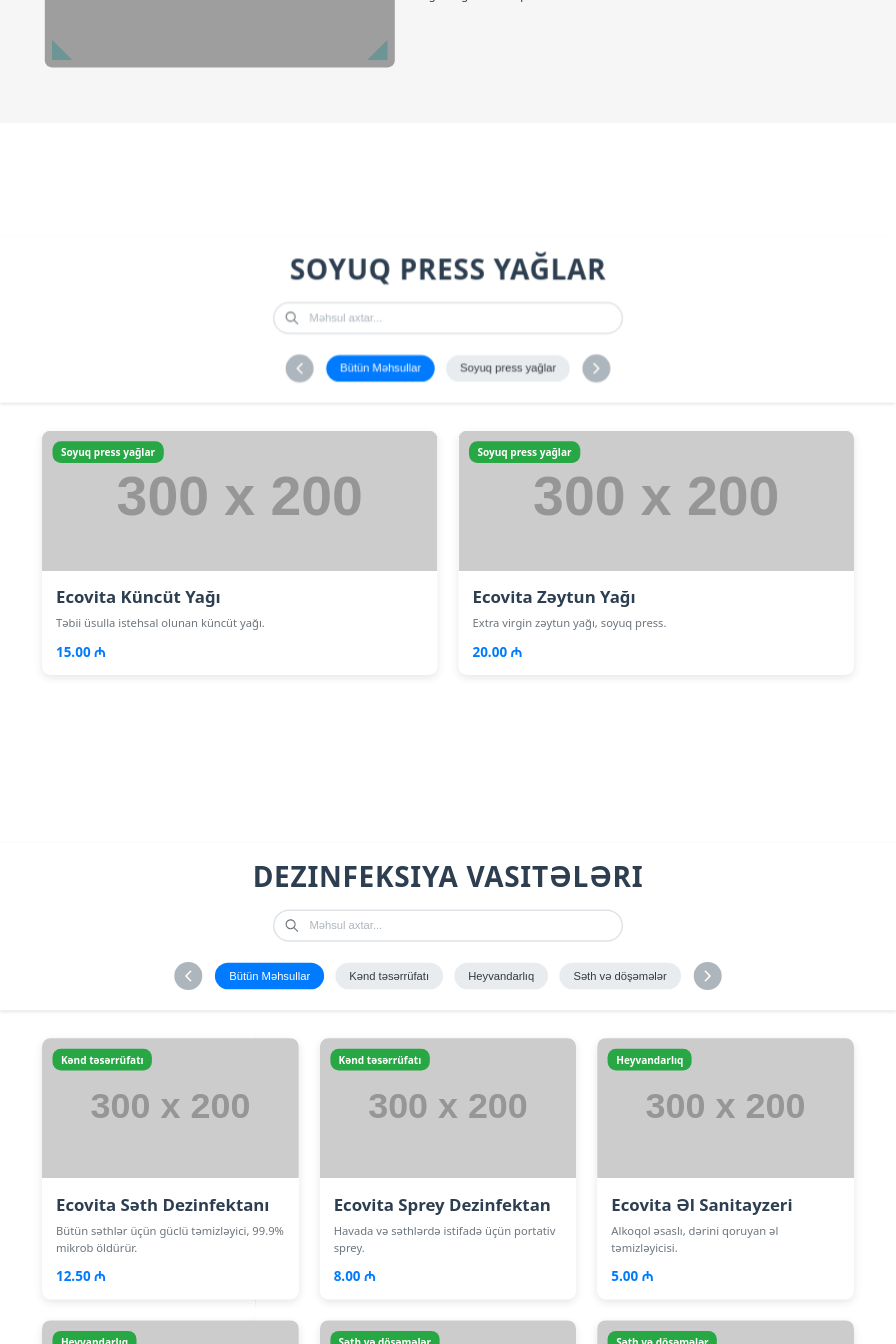
Repository: ferhadsultan98/ecovita
Page: /
These files come from the project's save history. The page is drawn as it stood at one moment and after a run of saves; the edit follows.
The browser window is 1280 px wide. The pictures show the part of the page from y = 1375 to 3295 px (the page is 4209 px tall), at 70% of full size.
Pictures or frames that could not be fetched are drawn as grey boxes. The project was rebuilt for these pictures with package versions that can differ from the ones it lists, and the page was loaded fresh each time. Also part of the build but not shown: vite.config.js.

Above is the page before, as saved 2025-05-06 11:50:48.

### index.html
<!doctype html>
<html lang="en">
  <head>
    <meta charset="UTF-8" />
    <meta name="viewport" content="width=device-width, initial-scale=1.0" />
    <link rel="shortcut icon" href="./public/assets/Fotolar/Ecovita-12.png" type="image/x-icon">
    <title>Ecovita - Təbiətdən gələn sağlamlıq</title>
  </head>
  <body>
    <div id="root"></div>
    <script type="module" src="/src/main.jsx"></script>
  </body>
</html>

### src/App.jsx
import React from "react";
import "./App.scss";
import MainLayout from "./Components/Common/MainLayout";
import Home from "./Pages/Home/Home";
import MenuSection from "./Pages/MenuSection/MenuSection";

function App() {
  return (
    <div className="app-container">
      <MainLayout>
        <Home />
        <MenuSection />
      </MainLayout>
    </div>
  );
}

export default App;

### src/App.scss
* {
  margin: 0;
  padding: 0;
  box-sizing: border-box;
}

body {
  font-family: system-ui, -apple-system, BlinkMacSystemFont, "Segoe UI", Roboto,
    Oxygen, Ubuntu, Cantarell, "Open Sans", "Helvetica Neue", sans-serif;
}

### src/Components/Common/MainLayout.jsx
import React from 'react';
import Header from './Header/Header';
import Footer from './Footer/Footer';

const MainLayout = ({ children }) => {
  return (
    <>
      <Header />
      {children}
      <Footer />
    </>
  );
};

export default MainLayout;

### src/Components/Common/Header/Header.jsx
import { useState, useEffect, useRef } from "react";
import "./Header.scss";
import { motion, AnimatePresence } from "framer-motion";
import { FaSyringe, FaChevronDown } from "react-icons/fa";
import EcovitaLogo from '../../../../public/assets/Fotolar/logo.png';

const Header = () => {
  const [scrolled, setScrolled] = useState(false);
  const [isDropdownOpen, setIsDropdownOpen] = useState(false);
  const dropdownRef = useRef(null);

  useEffect(() => {
    const handleScroll = () => {
      setScrolled(window.scrollY > 20);
    };

    window.addEventListener("scroll", handleScroll);
    return () => window.removeEventListener("scroll", handleScroll);
  }, []);

  useEffect(() => {
    const handleClickOutside = (event) => {
      if (dropdownRef.current && !dropdownRef.current.contains(event.target)) {
        setIsDropdownOpen(false);
      }
    };

    document.addEventListener("mousedown", handleClickOutside);
    return () => document.removeEventListener("mousedown", handleClickOutside);
  }, []);

  const scrollToTop = () => {
    window.scrollTo({ top: 0, behavior: "smooth" });
  };

  const scrollToSection = (sectionId) => {
    const section = document.getElementById(sectionId);
    if (section) {
      section.scrollIntoView({ behavior: "smooth", block: "start" });
      setIsDropdownOpen(false);
    }
  };

  const dropdownVariants = {
    hidden: { opacity: 0, y: -10, scale: 0.95 },
    visible: { opacity: 1, y: 0, scale: 1 },
    exit: { opacity: 0, y: -10, scale: 0.95 }
  };

  return (
    <header className={`header ${scrolled ? "scrolled" : ""}`}>
      <div className="header-container">
        <a onClick={scrollToTop} className="logo">
          <img src={EcovitaLogo} alt="Ecovita_logo" />
        </a>
        <div className="products-dropdown" ref={dropdownRef}>
          <button
            className="products-button"
            onMouseEnter={() => setIsDropdownOpen(true)}
            onClick={() => setIsDropdownOpen(!isDropdownOpen)}
          >
            Məhsullar
            <span className="products-icon">
              <FaSyringe />
            </span>
            <FaChevronDown className={`chevron-icon ${isDropdownOpen ? "open" : ""}`} />
          </button>
          <AnimatePresence>
            {isDropdownOpen && (
              <motion.ul
                className="dropdown-menu"
                variants={dropdownVariants}
                initial="hidden"
                animate="visible"
                exit="exit"
                transition={{ duration: 0.2, ease: "easeInOut" }}
                onMouseLeave={() => setIsDropdownOpen(false)}
              >
                <li onClick={() => scrollToSection("cold-pressed-oils")}>
                  Soyuq press yağlar
                </li>
                <li onClick={() => scrollToSection("disinfectants")}>
                  Dezinfeksiya vasitələri
                </li>
              </motion.ul>
            )}
          </AnimatePresence>
        </div>
      </div>
    </header>
  );
};

export default Header;

### src/Pages/MenuSection/MenuSection.scss
/* MenuSection Styling with Nested SCSS */
.menu-section {
  width: 100%;
  padding: 80px 0 40px;

  position: relative;
  z-index: 10;
  margin-top: 80px; /* Space for fixed header */

  .menu-navbar-wrapper {
    position: sticky;
    top: 80px; /* Below header */
    background: rgba(255, 255, 255, 0.95);
    box-shadow: 0 2px 4px rgba(0, 0, 0, 0.1);
    backdrop-filter: blur(10px);
    z-index: 100;
    transition: all 0.3s ease;

    &.sticky {
      box-shadow: 0 4px 8px rgba(0, 0, 0, 0.15);
    }

    .container {
      max-width: 1200px;
      margin: 0 auto;
      padding: 0 20px;

      .error-message {
        color: #dc3545;
        text-align: center;
        padding: 10px;
        background: #ffe5e5;
        border-radius: 8px;
        margin-bottom: 20px;
      }

      .menu-navbar-content {
        padding: 20px 0;

        .section-title {
          font-size: 2.5rem;
          font-weight: 700;
          color: #2c3e50;
          margin: 0 0 20px;
          text-align: center;
          text-transform: uppercase;
          letter-spacing: 1px;
        }

        .menu-search {
          display: flex;
          justify-content: center;
          margin-bottom: 20px;

          .search-input-wrapper {
            position: relative;
            width: 100%;
            max-width: 500px;

            .search-icon {
              position: absolute;
              top: 50%;
              left: 15px;
              transform: translateY(-50%);
              color: #6c757d;
              font-size: 1.5rem;
            }

            .search-input {
              width: 100%;
              padding: 12px 20px 12px 50px;
              border: 2px solid #dee2e6;
              border-radius: 25px;
              font-size: 1rem;
              color: #343a40;
              transition: all 0.3s ease;

              &:focus {
                outline: none;
                border-color: #007bff;
                box-shadow: 0 0 8px rgba(0, 123, 255, 0.3);
              }

              &::placeholder {
                color: #adb5bd;
              }
            }

            .clear-search-button {
              position: absolute;
              top: 50%;
              right: 15px;
              transform: translateY(-50%);
              background: #dc3545;
              color: white;
              border: none;
              border-radius: 50%;
              width: 24px;
              height: 24px;
              display: flex;
              align-items: center;
              justify-content: center;
              cursor: pointer;
              font-size: 1rem;
              transition: all 0.3s ease;

              &:hover {
                background: #c82333;
              }
            }
          }
        }

        .menu-filter {
          display: flex;
          justify-content: center;
          align-items: center;

          .menu-filter-container {
            display: flex;
            align-items: center;
            width: 100%;
            max-width: 1000px;
            position: relative;
            justify-content: center;

            .scroll-button {
              background: #007a7a;
              color: white;
              border: none;
              border-radius: 50%;
              width: 40px;
              height: 40px;
              display: flex;
              align-items: center;
              justify-content: center;
              cursor: pointer;
              transition: all 0.3s ease;
              margin: 0 10px;

              &:hover {
                background: #0056b3;
              }

              &.scroll-button-disabled {
                background: #adb5bd;
                cursor: not-allowed;
              }
            }

            .menu-filter-list {
              display: flex;
              overflow-x: auto;
              scroll-behavior: smooth;
              padding: 10px 0;
              scrollbar-width: none;

              &::-webkit-scrollbar {
                display: none;
              }

              .menu-filter-item {
                flex: 0 0 auto;
                margin: 0 8px;

                .menu-filter-button {
                  background: #e9ecef;
                  border: none;
                  border-radius: 20px;
                  padding: 10px 20px;
                  font-size: 1rem;
                  color: #343a40;
                  cursor: pointer;
                  transition: all 0.3s ease;
                  white-space: nowrap;

                  &:hover {
                    background: #dee2e6;
                  }

                  &.menu-filter-button-active {
                    background: #007bff;
                    color: white;

                    &:hover {
                      background: #0056b3;
                    }
                  }
                }
              }
            }
          }
        }
      }
    }
  }

  .menu-content {
    max-width: 1200px;
    margin: 0 auto;
    padding: 40px 20px;

    .menu-grid {
      display: grid;
      grid-template-columns: repeat(auto-fit, minmax(280px, 1fr));
      gap: 30px;

      .menu-item {
        .menu-item-card {
          background: white;
          border-radius: 12px;
          overflow: hidden;
          box-shadow: 0 4px 12px rgba(0, 0, 0, 0.1);
          transition: all 0.3s ease;

          &:hover {
            transform: translateY(-5px);
            box-shadow: 0 8px 20px rgba(0, 0, 0, 0.15);
          }

          .menu-item-image {
            position: relative;
            width: 100%;
            height: 200px;

            img {
              width: 100%;
              height: 100%;
              object-fit: cover;
            }

            .menu-item-category-badge {
              position: absolute;
              top: 15px;
              left: 15px;
              background: #28a745;
              color: white;
              padding: 6px 12px;
              border-radius: 12px;
              font-size: 0.9rem;
              font-weight: 600;
            }
          }

          .menu-item-content {
            padding: 20px;

            .menu-item-title {
              font-size: 1.5rem;
              font-weight: 600;
              color: #2c3e50;
              margin: 0 0 10px;
            }

            .menu-item-description {
              font-size: 1rem;
              color: #6c757d;
              margin: 0 0 15px;
              line-height: 1.5;
            }

            .menu-item-footer {
              display: flex;
              justify-content: space-between;
              align-items: center;

              .menu-item-price {
                font-size: 1.2rem;
                font-weight: 700;
                color: #007bff;
              }
            }
          }
        }
      }
    }

    .no-results-found {
      text-align: center;
      padding: 40px 20px;

      h3 {
        font-size: 1.8rem;
        color: #2c3e50;
        margin-bottom: 10px;
      }

      p {
        font-size: 1.1rem;
        color: #6c757d;
        margin-bottom: 20px;
      }

      .reset-filter-button {
        background: #dc3545;
        color: white;
        border: none;
        border-radius: 25px;
        padding: 12px 25px;
        font-size: 1rem;
        cursor: pointer;
        transition: all 0.3s ease;

        &:hover {
          background: #c82333;
        }
      }
    }

    .menu-load-more {
      text-align: center;
      margin-top: 40px;

      .load-more-button {
        background: #007bff;
        color: white;
        border: none;
        border-radius: 25px;
        padding: 12px 30px;
        font-size: 1.1rem;
        cursor: pointer;
        transition: all 0.3s ease;

        &:hover {
          background: #0056b3;
        }
      }
    }
  }

  /* Responsive Design */
  @media (max-width: 768px) {
    padding: 60px 0 20px;

    .menu-navbar-wrapper {
      top: 60px;

      .container {
        .menu-navbar-content {
          .section-title {
            font-size: 2rem;
          }

          .menu-search {
            .search-input-wrapper {
              .search-input {
                padding: 10px 15px 10px 40px;
                font-size: 0.9rem;
              }

              .search-icon {
                font-size: 1.2rem;
                left: 12px;
              }
            }
          }

          .menu-filter {
            .menu-filter-container {
              .scroll-button {
                width: 35px;
                height: 35px;
              }

              .menu-filter-list {
                .menu-filter-item {
                  .menu-filter-button {
                    padding: 8px 15px;
                    font-size: 0.9rem;
                  }
                }
              }
            }
          }
        }
      }
    }

    .menu-content {
      .menu-grid {
        grid-template-columns: repeat(auto-fit, minmax(250px, 1fr));
        gap: 20px;

        .menu-item {
          .menu-item-card {
            .menu-item-image {
              height: 180px;
            }

            .menu-item-content {
              .menu-item-title {
                font-size: 1.3rem;
              }

              .menu-item-description {
                font-size: 0.9rem;
              }
            }
          }
        }
      }
    }
  }

  @media (max-width: 480px) {
    padding: 40px 0 20px;

    .menu-navbar-wrapper {
      top: 50px;

      .container {
        .menu-navbar-content {
          .section-title {
            font-size: 1.8rem;
          }

          .menu-search {
            .search-input-wrapper {
              .search-input {
                padding: 8px 12px 8px 35px;
                font-size: 0.85rem;
              }

              .search-icon {
                font-size: 1.1rem;
                left: 10px;
              }
            }
          }

          .menu-filter {
            .menu-filter-container {
              .scroll-button {
                width: 30px;
                height: 30px;
              }

              .menu-filter-list {
                .menu-filter-item {
                  .menu-filter-button {
                    padding: 6px 12px;
                    font-size: 0.85rem;
                  }
                }
              }
            }
          }
        }
      }
    }

    .menu-content {
      .menu-grid {
        grid-template-columns: 1fr;
        gap: 15px;

        .menu-item {
          .menu-item-card {
            .menu-item-image {
              height: 160px;
            }

            .menu-item-content {
              .menu-item-title {
                font-size: 1.2rem;
              }

              .menu-item-description {
                font-size: 0.85rem;
              }
            }
          }
        }
      }
    }
  }
}

### src/Components/Common/Header/Header.scss
$primary-color: #008080; // Teal for health and cleanliness
$secondary-color: #ffffff;
$accent-color: #f5f6f5; // Light gray for clean aesthetic
$text-color: #333333;
$scroll-bg: #ffffff;

.header {
  position: fixed;
  top: 0;
  left: 0;
  width: 100%;
  background: transparent;
  transition: all 0.3s ease;
  z-index: 1000;
  padding: 1rem 0;

  &.scrolled {
    background: $scroll-bg;
    padding: 0.8rem 0;
  }

  .header-container {
    max-width: 1200px;
    margin: 0 auto;
    display: flex;
    align-items: center;

    justify-content: space-between;
    gap: 1rem;
  }

  .logo {
    display: flex;
    align-items: center;
    cursor: pointer;
    text-decoration: none;
    max-height: 80px;

    img {
      height: 100%;
    }
  }

  .products-dropdown {
    position: relative;

    .products-button {
      display: flex;
      align-items: center;
      gap: 0.5rem;
      background: $primary-color;
      color: $secondary-color;
      border: none;
      padding: 0.5rem 1rem;
      border-radius: 5px;
      font-size: 1rem;
      font-weight: 500;
      cursor: pointer;
      transition: background 0.3s ease;

      &:hover {
        background: darken($primary-color, 10%);
      }

      .products-icon {
        font-size: 1.2rem;
      }

      .chevron-icon {
        font-size: 0.8rem;
        transition: transform 0.2s ease;

        &.open {
          transform: rotate(180deg);
        }
      }
    }

    .dropdown-menu {
      position: absolute;
      top: 100%;
      right: 0;
      background: $secondary-color;
      border: 1px solid $accent-color;
      border-radius: 5px;
      margin-top: 0.5rem;
      min-width: 200px;
      box-shadow: 0 4px 8px rgba(0, 0, 0, 0.1);
      list-style: none;
      padding: 0;
      z-index: 3000;

      li {
        padding: 0.75rem 1rem;
        cursor: pointer;
        color: $text-color;
        font-size: 0.9rem;
        transition: background 0.2s ease;

        &:hover {
          background: $accent-color;
        }
      }
    }
  }

  // Responsive design
  @media (max-width: 768px) {
    padding: 1rem 0;

    &.scrolled {
      padding: 0.75rem 0;
    }

    .header-container {
      padding: 0 1rem;
    }

    .products-button {
      font-size: 14px !important;
      padding: 5px !important;

      .products-icon {
        font-size: 12px !important;
      }

      .chevron-icon {
        font-size: 0.7rem;
      }
    }

    .dropdown-menu {
      min-width: 160px;

      li {
        font-size: 0.8rem;
        padding: 0.5rem 0.75rem;
      }
    }
  }

  @media (max-width: 480px) {
    .logo {
      img {
        width: 120px;
      }
    }

    .header-container {
      align-items: center;
      gap: 0.5rem;
    }

    .products-button {
      font-size: 0.8rem;
      padding: 5px;

      .products-icon {
        font-size: 12px;
      }

      .chevron-icon {
        font-size: 0.6rem;
      }
    }

    .dropdown-menu {
      min-width: 140px;
      margin-top: 0.3rem;

      li {
        font-size: 0.75rem;
        padding: 0.4rem 0.6rem;
      }
    }
  }
}

Loaded but not shown: src/main.jsx (common file); src/Pages/MenuSection/MenuSection.jsx (527 lines, source omitted); src/Pages/Home/Home.scss (390 lines, source omitted); src/Pages/Home/Home.jsx (173 lines, source omitted); src/Components/Common/Footer/Footer.scss (300 lines, source omitted); src/Components/Common/Footer/Footer.jsx (142 lines, source omitted); src/index.css (no stored copy; drawn as an empty file)

After the next 2 saves:
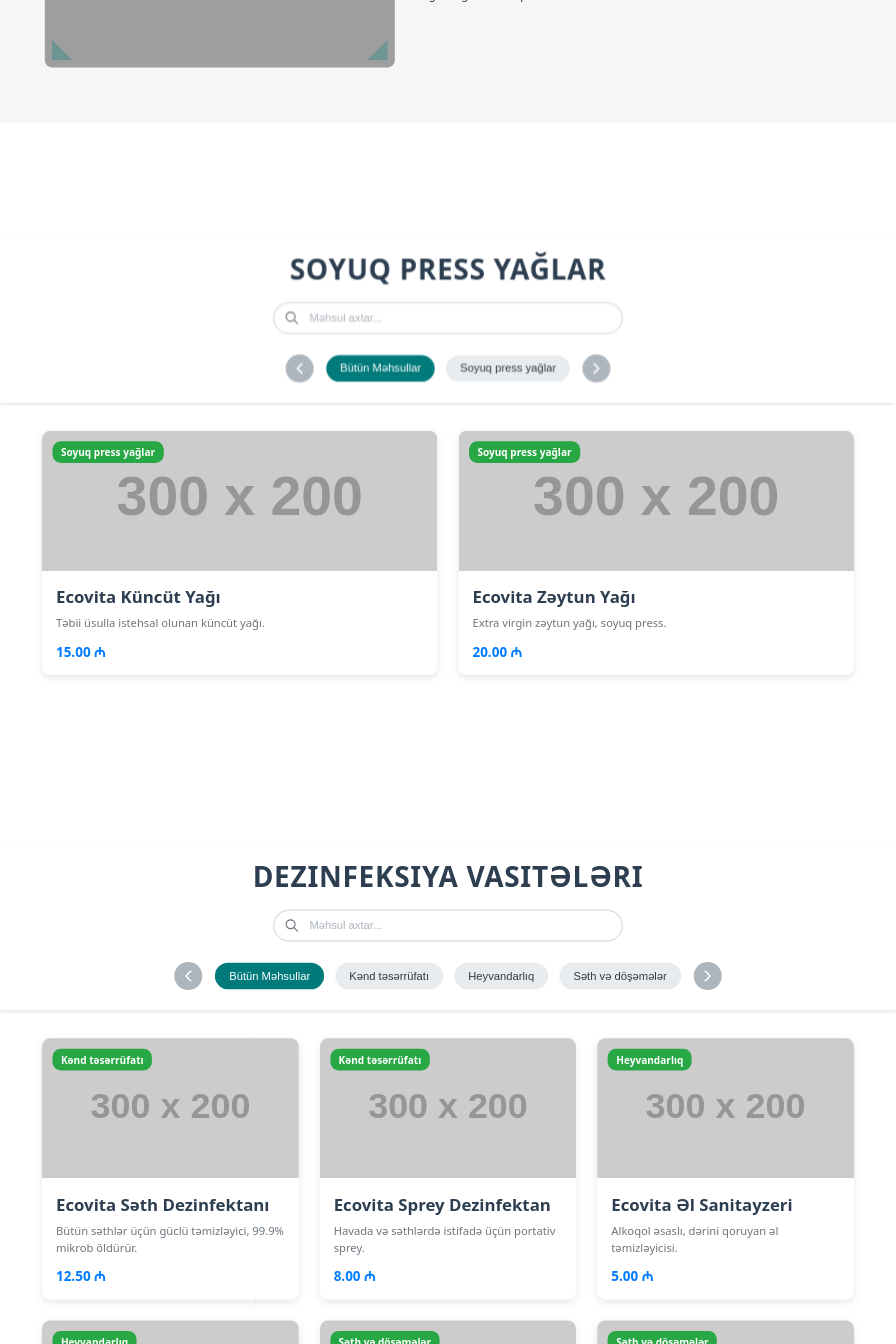
The 2 saves are shown as one change because they came seconds apart.
The last was saved 12 s later.
--- a/src/Pages/MenuSection/MenuSection.scss
+++ b/src/Pages/MenuSection/MenuSection.scss
@@ -179,11 +179,11 @@
                   }
 
                   &.menu-filter-button-active {
-                    background: #007bff;
+                    background: #007a7a;
                     color: white;
 
                     &:hover {
-                      background: #0056b3;
+                      background: #007a7a;
                     }
                   }
                 }
